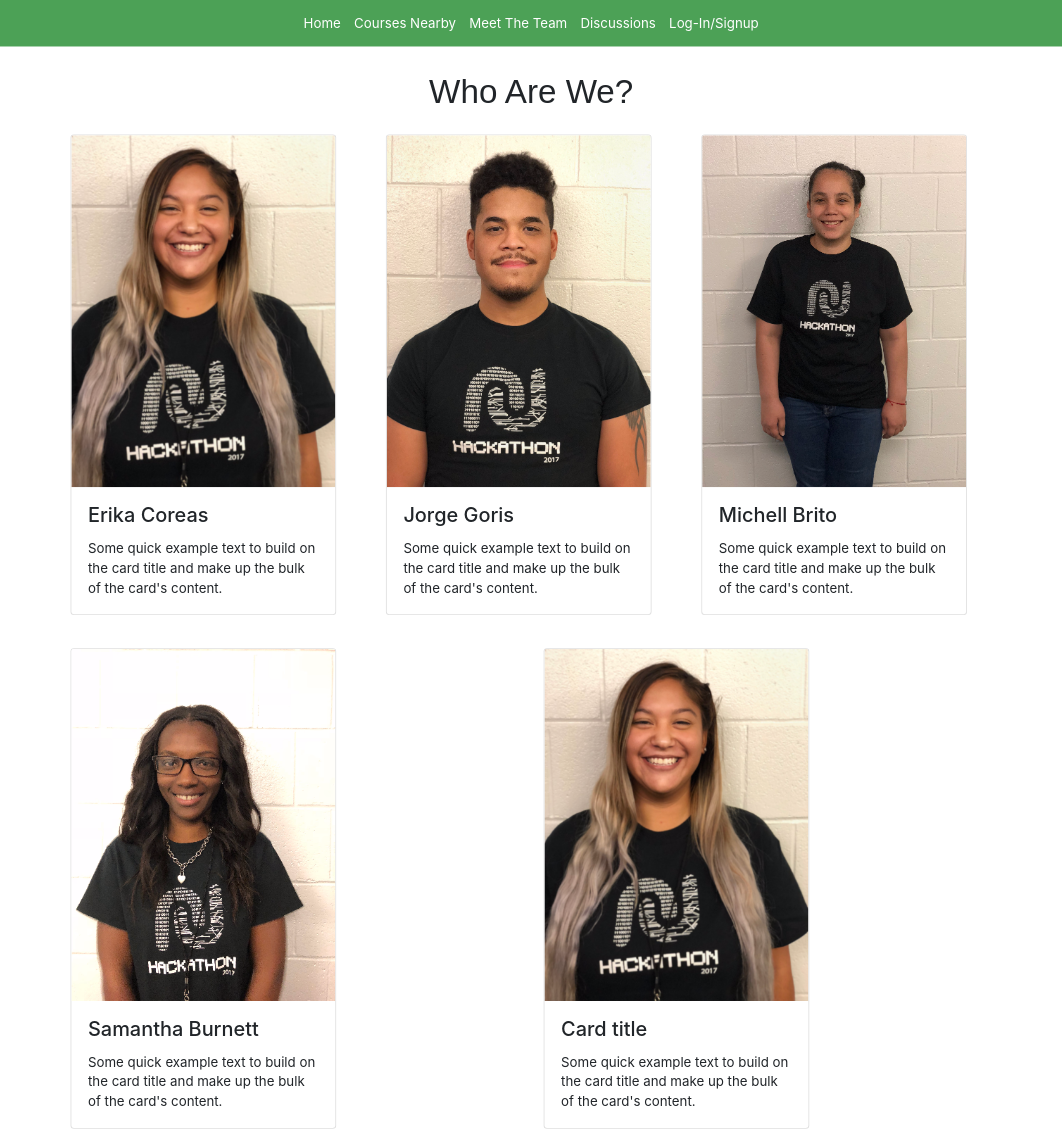
Repository: SamanthaBurnett/Hackathon2017
Page: meet_the_team.html
The author's editor kept a record of every edit. The page is drawn from the files as they stood at one moment, then again after the next edit.
The browser window is 1280 px wide. The pictures show the whole page, at 83% of full size.
Some web fonts or font styles are not loaded; a fallback is used.

Above is the page before.

### meet_the_team.html
<!DOCTYPE html>
<html>
  <head>
    <title>Meet The Team</title>
	<!--Required Meta Tags-->
	<meta charset="UTF-8">
	<meta name="viewport" content="width=device-width, initial-scale=1, shrink-to-fit=no">
	<!--Bootstrap 4-->
	<link rel="stylesheet" href="https://maxcdn.bootstrapcdn.com/bootstrap/4.0.0-beta.2/css/bootstrap.min.css" integrity="sha384-PsH8R72JQ3SOdhVi3uxftmaW6Vc51MKb0q5P2rRUpPvrszuE4W1povHYgTpBfshb" crossorigin="anonymous">
	<!--Custom Styles-->
	<link rel="stylesheet" type="text/css" href="assets/stylesheets/styles.css">
  </head>
  <body>
    <nav class="navbar navbar-expand-lg navbar-light bg-light">
        <button class="navbar-toggler" type="button" data-toggle="collapse" data-target="#navbarSupportedContent" aria-controls="navbarSupportedContent" aria-expanded="false" aria-label="Toggle navigation">
            <span class="navbar-toggler-icon"></span>
        </button>

        <div class="collapse navbar-collapse justify-content-center" id="navbarSupportedContent">
            <ul class="navbar-nav">
              <li class="nav-item">
                <a class="nav-link" href="index.html">Home</a>
              </li>
              <li class="nav-item">
                <a class="nav-link" href="coursesnearby.html">Courses Nearby</a>
              </li>
              <li class="nav-item">
                  <a class="nav-link" href="meet_the_team.html">Meet The Team</a>
              </li>
              <li class="nav-item">
                  <a class="nav-link" href="discussions.html">Discussions</a>
              </li>
              <li class="nav-item">
              <a class="nav-link" href="signin.html">Log-In/Signup</a>
              </li>
            </ul>
          </div>
     </nav>
     <div class="container meetTheTeam">
       <h1 class="text-center">Who Are We?</h1>
       <div class="row">
         <div class="col">
           <div class="card" style="width: 20rem;">
            <img class="card-img-top" src="assets/images/Erika.JPG" alt="Erika Image">
            <div class="card-body">
              <h4 class="card-title">Erika Coreas</h4>
              <p class="card-text">Some quick example text to build on the card title and make up the bulk of the card's content.</p>
            </div><!--end card-body-->
          </div><!--end card-->
         </div><!--end col-->
         <div class="col">
           <div class="card" style="width: 20rem;">
            <img class="card-img-top" src="assets/images/Jorge.JPG" alt="Jorge Image">
            <div class="card-body">
              <h4 class="card-title">Jorge Goris</h4>
              <p class="card-text">Some quick example text to build on the card title and make up the bulk of the card's content.</p>
            </div><!--end card-body-->
          </div><!--end card-->
         </div><!--end col-->
         <div class="col">
           <div class="card" style="width: 20rem;">
            <img class="card-img-top" src="assets/images/Michell.JPG" alt="Michell Image">
            <div class="card-body">
              <h4 class="card-title">Michell Brito</h4>
              <p class="card-text">Some quick example text to build on the card title and make up the bulk of the card's content.</p>
            </div><!--end card-body-->
          </div><!--end card-->
         </div><!--end col-->
         <div class="col">
           <div class="card" style="width: 20rem;">
            <img class="card-img-top" src="assets/images/samantha.jpg" alt="Samantha Image">
            <div class="card-body">
              <h4 class="card-title">Samantha Burnett</h4>
              <p class="card-text">Some quick example text to build on the card title and make up the bulk of the card's content.</p>
            </div><!--end card-body-->
          </div><!--end card-->
         </div><!--end col-->
         <div class="col">
           <div class="card" style="width: 20rem;">
            <img class="card-img-top" src="assets/images/Erika.JPG" alt="Card image cap">
            <div class="card-body">
              <h4 class="card-title">Card title</h4>
              <p class="card-text">Some quick example text to build on the card title and make up the bulk of the card's content.</p>
            </div><!--end card-body-->
          </div><!--end card-->
         </div><!--end col-->
       </div><!--end row-->
     </div><!--end container-->



  </body>
</html>

### assets/stylesheets/styles.css
@import url('https://fonts.googleapis.com/css?family=Electrolize');


.font-headings{
  font-family: 'Electrolize', sans-serif;
  color: blue;
  text-shadow: 2px 2px #FFF;
  text-align: center;
}

/*----------------------------Navigation Styles------------------------------*/
.bg-light {
    background-color: #4CA156!important;
}

.navbar-light .navbar-nav .nav-link, .navbar-light .navbar-nav .nav-link:hover {
    color: white;
}
/*------------------------------Landing Page Styles--------------------------*/

#landing-header {
    z-index: 1;
    position: relative;
    text-align: center;
    padding-top: 40vh;
		background-size: cover;
		background-repeat: no-repeat;
	    -webkit-background-size: cover;
        -moz-background-size: cover;
        -o-background-size: cover;
}

#landing-header h1, #landing-header h2 {
    color: white;
    font-size: 45px;
    text-shadow: 0px 4px 3px rgba(0,0,0,0.4),
	         0px 8px 13px rgba(0,0,0,0.1),
			 0px 18px 23px rgba(0,0,0,0.1);
}

.landingbtn, .landingbtn:hover, landingbtn:visited, landingbtn:active {
  margin-top: 10px;
  padding: 10px 40px;
  border-radius: 5px;
  margin-bottom: 20px;
  background:
		linear-gradient(
			rgba(17, 89, 28, 0.45),
			rgba(17, 148, 138, 0.50)
		);
}

.heroSlide {
  width: 100%;
  height: 100%;
  position: absolute;
  list-style: none;
  margin: 0;
  padding: 0;
}


/*.heroSlide li { */
/*  width: 100%;*/
/*  height: 100%;*/
/*  position: absolute;*/
/*  background-size: cover;*/
/*  background-repeat: no-repeat;*/
/*  opacity: 0;*/
/*  animation: imageAnimation 20s linear infinite;*/
/*}*/

.heroSlide li:nth-child(1) {
    background:
		linear-gradient(
			rgba(17, 89, 28, 0.45),
			rgba(17, 148, 138, 0.50)
		),
  url(../images/teamimg1.jpg);
  width: 100%;
  height: 100%;
  position: absolute;
  background-size: cover;
  background-repeat: no-repeat;
  opacity: 0;
  animation: imageAnimation 20s linear infinite;

}
.heroSlide li:nth-child(2) {
    background:
		linear-gradient(
			rgba(17, 89, 28, 0.45),
			rgba(17, 148, 138, 0.50)
		),
  url(../images/teamimg2.jpg);
  width: 100%;
  height: 100%;
  position: absolute;
  background-size: cover;
  background-repeat: no-repeat;
  opacity: 0;
  animation-delay: 5s;
  animation: imageAnimation 20s linear infinite;
}
.heroSlide li:nth-child(3) {
    background:
		linear-gradient(
			rgba(17, 89, 28, 0.45),
			rgba(17, 148, 138, 0.50)
		),
  url(../images/teamimg3.jpg);
  width: 100%;
  height: 100%;
  position: absolute;
  background-size: cover;
  background-repeat: no-repeat;
  opacity: 0;
  animation-delay: 10s;
  animation: imageAnimation 20s linear infinite;
}

@keyframes imageAnimation {
  0% {
    opacity: 0;
    animation-timing-function: ease-in;
  }
  10% {
    opacity: 1;
    animation-timing-function: ease-out;
  }
  20% {
    opacity: 1
  }
  30% {
    opacity: 1
  }
}

/*---------------------Index Styles--------------------------------------*/

.maincontent h1 {
  padding-bottom: 40px;
}


.WhatCanYouDo, .contentAndTrending {
    margin-top: 100px;
    margin-bottom: 100px;
}

.WhatCanYouDo i {
    color: black;
}

/*---------------------------Content and Trending Styles----------------*/

.maincontent {
    position: relative;
}

.contentAndTrending .col {
    margin: 20px;
}






/*-------------------------Meet The Team Styles----------------------------*/

.meetTheTeam h1 {
  margin-top: 30px;
}
.card {
  margin-bottom: 20px;
  margin-top: 20px;
}










/*------------------------Discussions----------------------*/
.main-box{
  margin:10px;
  height:200px;
  display:flex;
  justify-content:center;
}

.photo-box{
  margin:10px;
  padding:5px;
  height:80px;
  width:90px;
  border:2px solid #4CA156;
  display:flex;
  justify-content: flex-start;
  align-items: center;
  background-color:#FFFFFF;
}

.photo-box i {
  color: black;
  align-items: center;
}

.text-box{
  margin:10px;
  padding:10px;
  height:150px;
  width:800px;
  background-color:#FFFFFF;
  border:2px solid #4CA156;
}

/*------------------------COURSES NEARBY----------------------*/
.center-div
{
   margin: 0 auto;
   width: 100px;
}

.text-center{
  font-family:'Electrolize', sans-serif;

}


/*----------------------------Sign In Form Styles--------------------*/

.form-row {
  padding-top: 20px;
  padding-bottom: 20px;
}

.form-control:focus {
  border: 3px solid #4CA156;
  outline: none;
  box-shadow: none;
}

.maincontent h1 {
  margin-top: 30px;
}

.maincontent h4 {
  margin-bottom: 30px;
}

/*--------------------------Footer Styles-------------------------*/
footer {
    background-color: #4CA156;
}

i {
    color: white;
    padding: 30px 15px;
}

After the next edit:
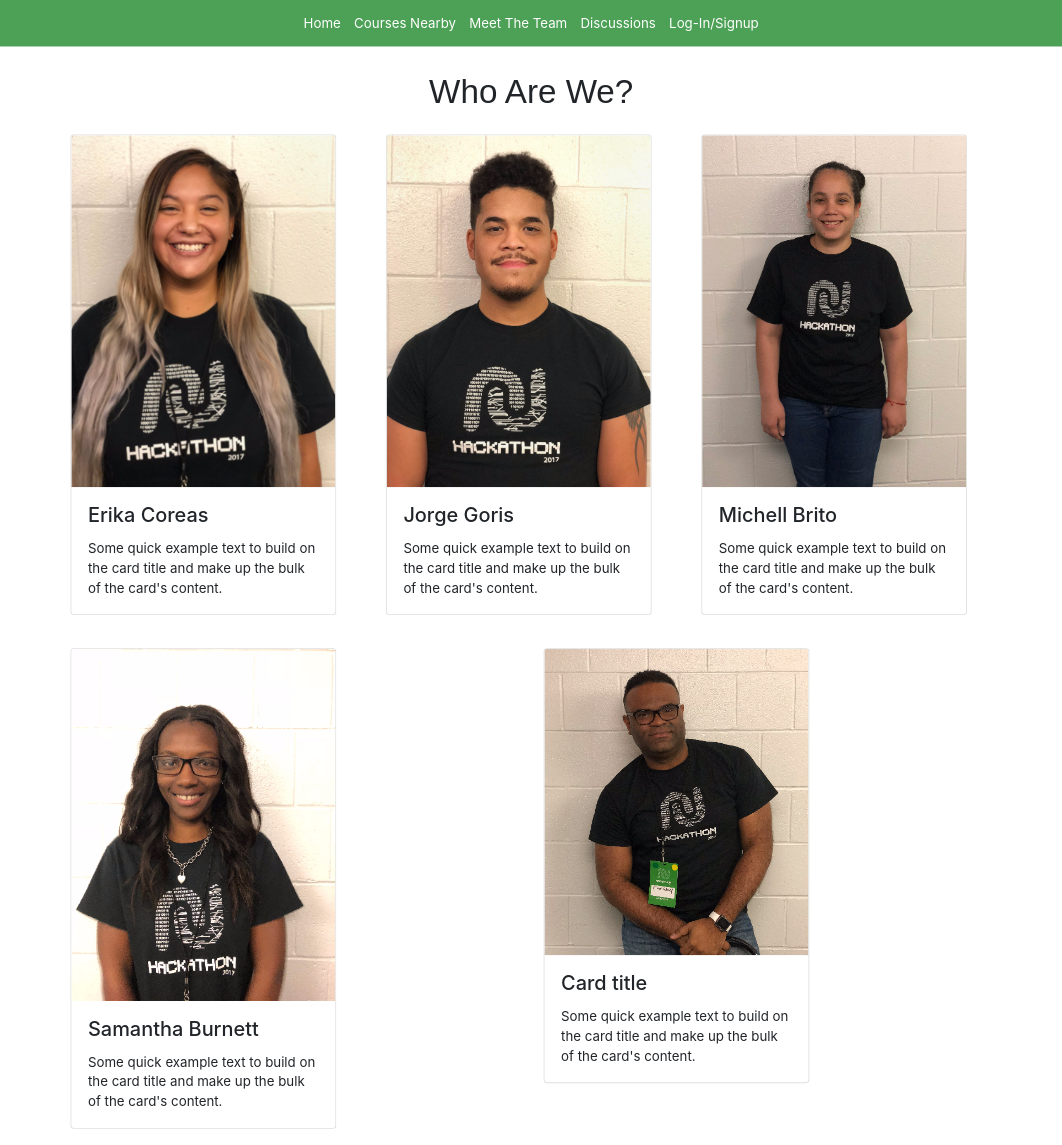
The edit:
--- a/meet_the_team.html
+++ b/meet_the_team.html
@@ -77,7 +77,7 @@
          </div><!--end col-->
          <div class="col">
            <div class="card" style="width: 20rem;">
-            <img class="card-img-top" src="assets/images/Erika.JPG" alt="Card image cap">
+            <img class="card-img-top" src="assets/images/Emmanuel.JPG" alt="Emmanuel Image">
             <div class="card-body">
               <h4 class="card-title">Card title</h4>
               <p class="card-text">Some quick example text to build on the card title and make up the bulk of the card's content.</p>
